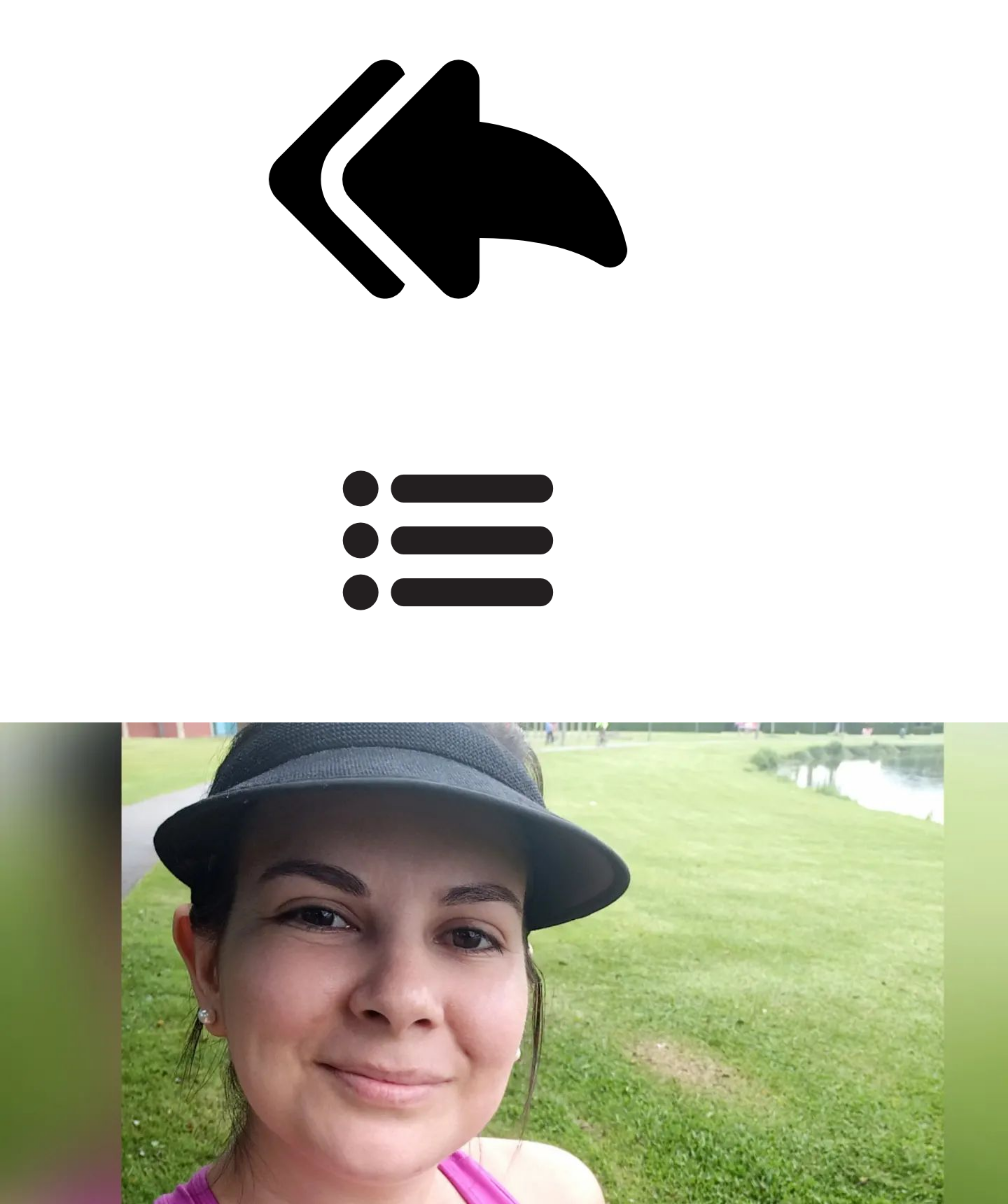
Repository: AnaBerlanda/AppAcademia
Page: config.html
The author's editor kept a copy of each file at every save. The page is drawn from the files as they stood at one save, then again after the next save.
The browser window is 1280 px wide. The page is 1440 px wide, then 1280 px, so the pictures cover 1440 px, including what lies to the right of the window. The pictures show the part of the page from y = 0 to 1720 px (the page is 5358 px tall before and 5324 px after), at 70% of full size.

Above is the page before, as saved 2022-05-04 15:55:04.

After the next save:
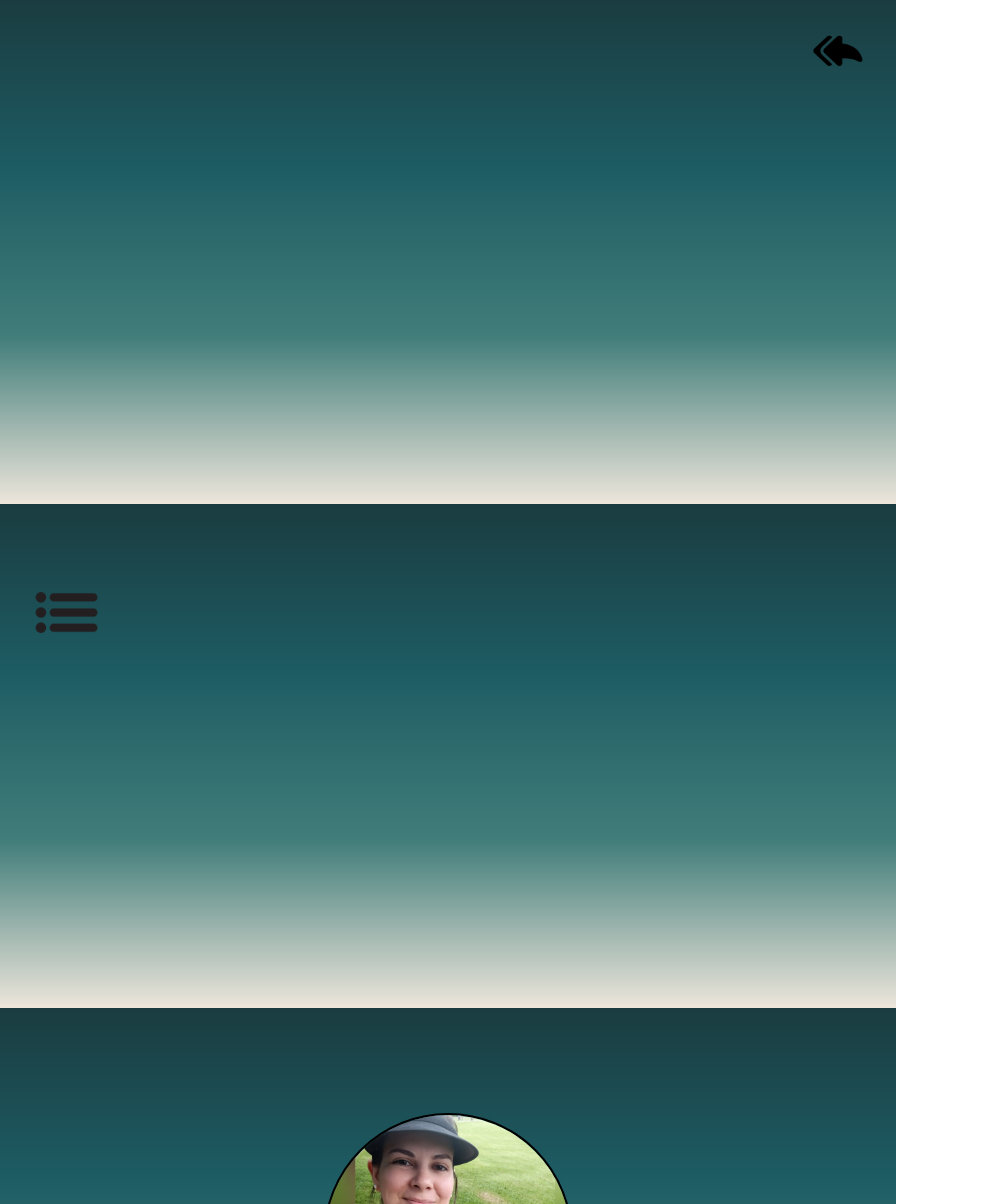
Saved 13 min 20 s later.
--- a/index.css
+++ b/index.css
@@ -1,8 +1,11 @@
-body{
+*{
+    height: 100%;
+}
+    body{
     text-align: center;
     height: 100%;
     margin: 0;
-    background: linear-gradient(rgb(79, 169, 172);
+    background-image: linear-gradient(to top, #EDE6DB, #417D7A, #1D5C63, #1A3C40);
 
 }
 #redonda{
